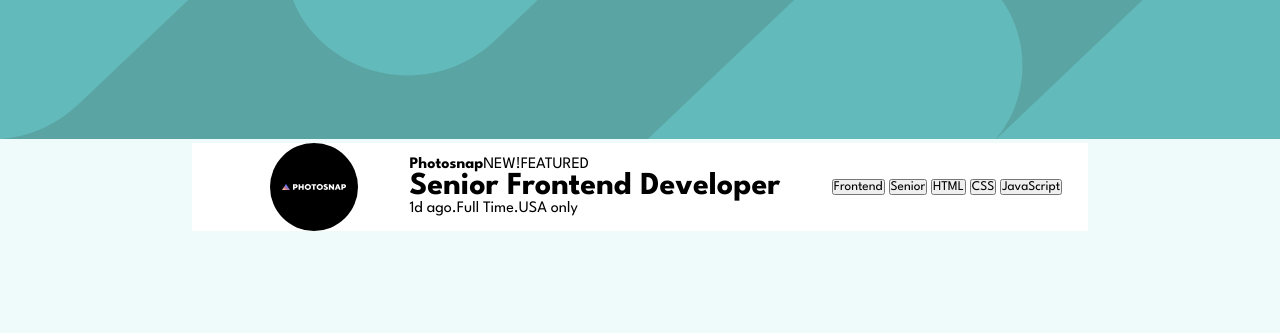
Repository: Eldream12/JobListing
Page: index.html
These files come from the project's save history. The page is drawn as it stood at one moment and after the next save; the edit follows.
The browser window is 1280 px wide. The pictures show the whole page.

Above is the page before, as saved 2025-03-31 11:10:04.

After the next save:
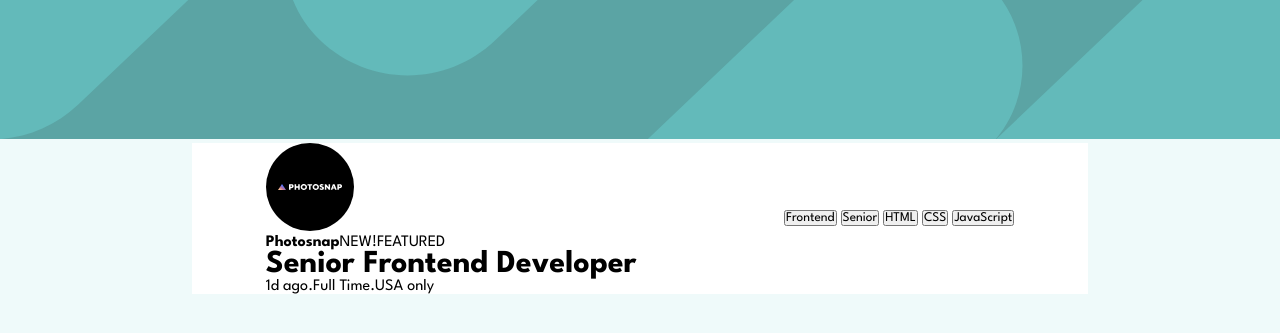
Saved 9 s later.
--- a/index.html
+++ b/index.html
@@ -19,24 +19,24 @@
 				<div class="content">
           <div>
 
+            <img src="Images/photosnap.svg" alt="photosnap" />
+            <div class="content-text">
+              <div class="txt-1">
+                <h4>Photosnap</h4>
+                <p>NEW!</p>
+                <p>FEATURED</p>
+              </div>
+              <div class="txt-2">
+                <h1>Senior Frontend Developer</h1>
+              </div>
+              <div class="txt-3">
+                <p>1d ago</p>
+                <p>.</p>
+                <p>Full Time</p>
+                <p>.</p>
+                <p>USA only</p>
+              </div>
           </div>
-					<img src="Images/photosnap.svg" alt="photosnap" />
-					<div class="content-text">
-						<div class="txt-1">
-							<h4>Photosnap</h4>
-							<p>NEW!</p>
-							<p>FEATURED</p>
-						</div>
-						<div class="txt-2">
-							<h1>Senior Frontend Developer</h1>
-						</div>
-						<div class="txt-3">
-							<p>1d ago</p>
-							<p>.</p>
-							<p>Full Time</p>
-							<p>.</p>
-							<p>USA only</p>
-						</div>
 					</div>
 
 					<div class="btn">
